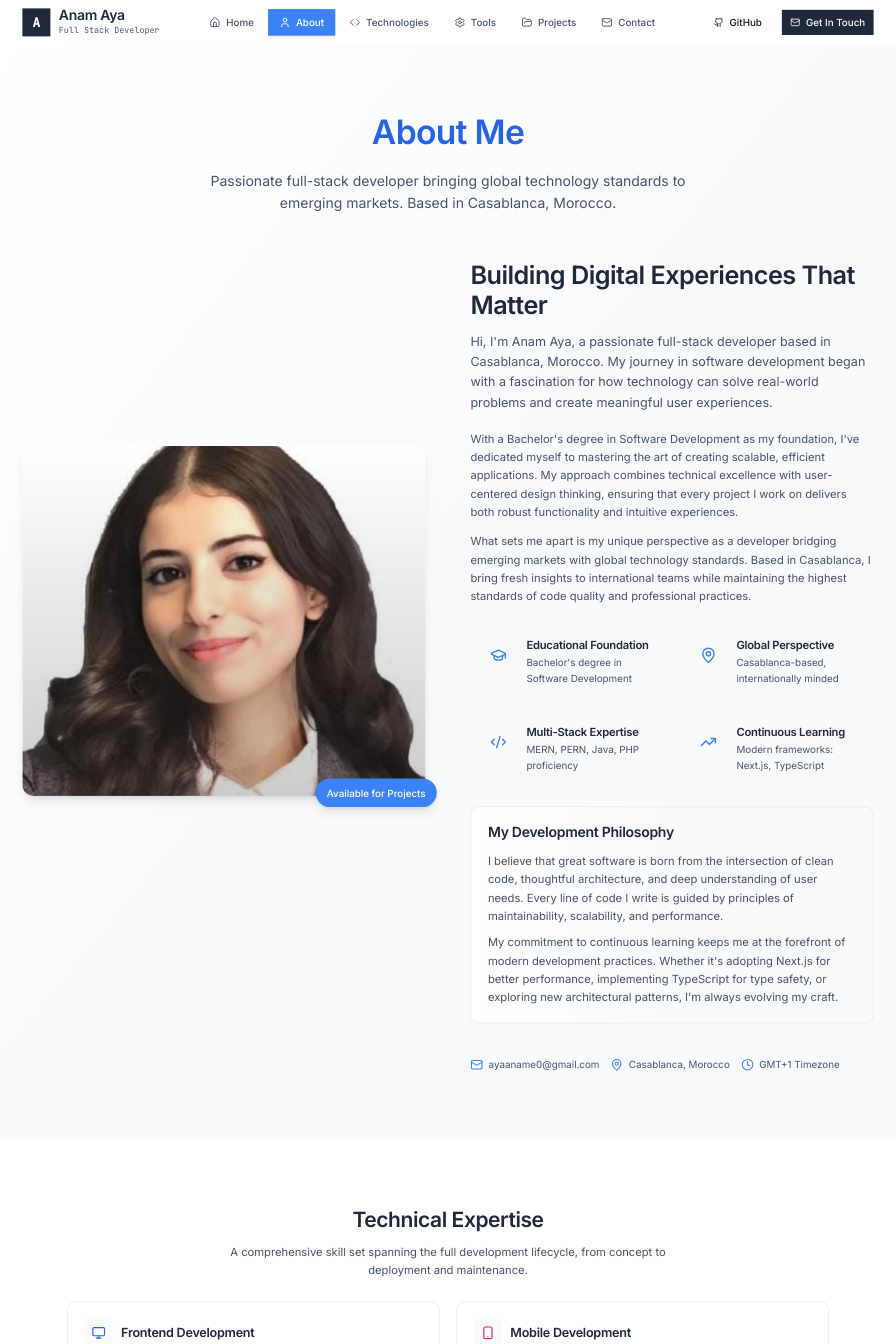
Repository: ayaaas/portflio_aya
Page: /about-me-personal-narrative
The author's editor kept a copy of each file at every save. The page is drawn from the files as they stood at one save, then again after a run of saves.
The browser window is 1280 px wide. The pictures show the part of the page from y = 0 to 1920 px (the page is 4280 px tall), at 70% of full size.
The project was rebuilt for these pictures with package versions that can differ from the ones it lists, and the page was loaded fresh each time. Also part of the build but not shown: vite.config.mjs, src/components/ErrorBoundary.jsx, src/pages/hero-section-developer-portfolio/components/ProfileImage.jsx, src/pages/hero-section-developer-portfolio/components/AnimatedText.jsx, src/pages/hero-section-developer-portfolio/components/HeroContent.jsx, src/pages/hero-section-developer-portfolio/components/BackgroundPattern.jsx, src/pages/hero-section-developer-portfolio/components/ScrollIndicator.jsx, src/pages/hero-section-developer-portfolio/index.jsx and 23 more.

Above is the page before, as saved 2025-07-20 01:07:29.

After the next 2 saves:
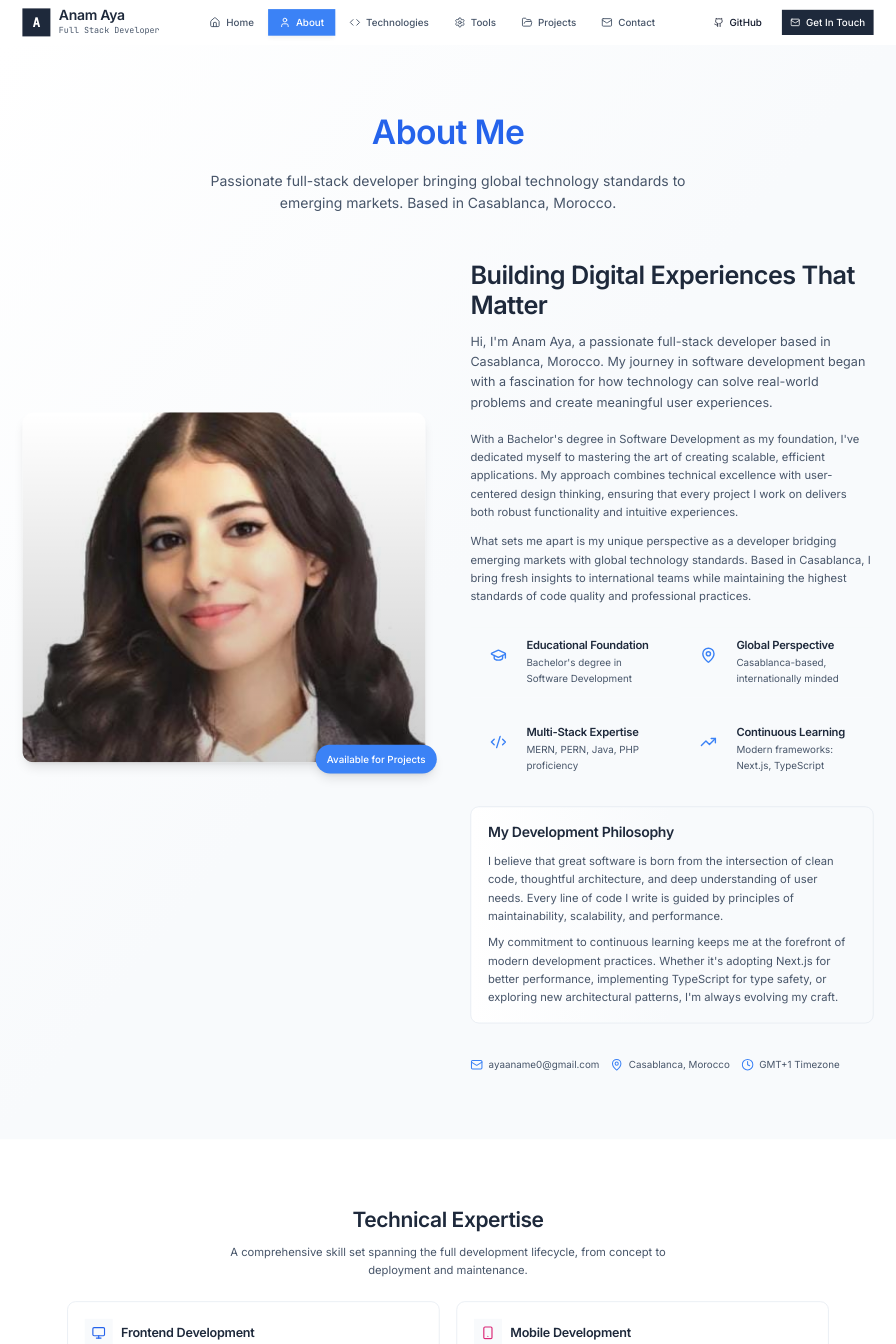
The 2 saves are shown as one change because they came seconds apart.
The last was saved 91 s later.
--- a/src/pages/about-me-personal-narrative/index.jsx
+++ b/src/pages/about-me-personal-narrative/index.jsx
@@ -81,9 +81,10 @@ const AboutMePersonalNarrative = () => {
               </div>
               <div className="grid grid-cols-1 lg:grid-cols-2 gap-12 lg:gap-16 items-center">
                 {/* Profile Image */}
-                <div className="order-2 lg:order-1 -mt-32">
-                  <ProfileImage />
-                </div>
+               <div className="order-2 lg:order-1" style={{ marginTop: '-14rem' }}>
+  <ProfileImage />
+</div>
+
 
                 {/* Personal Story */}
                 <div className="order-1 lg:order-2">
